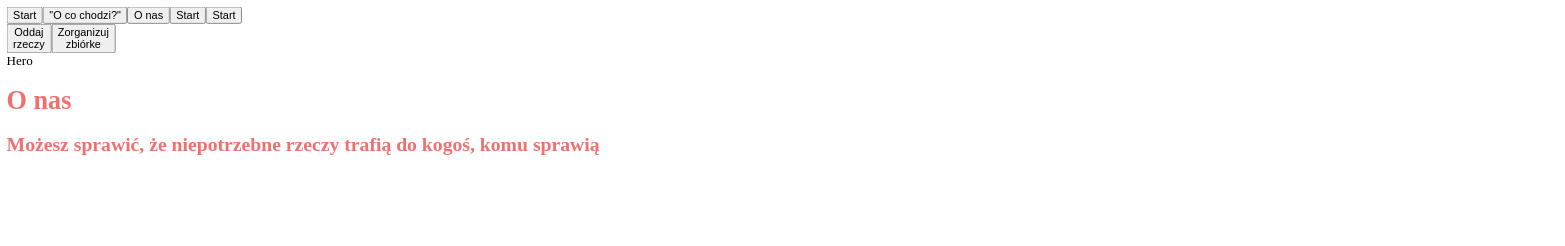
Repository: czaczula/projektstart
Page: /
These files come from the project's save history. The page is drawn as it stood at one moment and after the next save; the edit follows.
The browser window is 1280 px wide. The page is 1908 px wide, so the pictures cover 1908 px, including what lies to the right of the window. The pictures show the whole page, at 82% of full size.
The project was rebuilt for these pictures with package versions that can differ from the ones it lists, and the page was loaded fresh each time. Also part of the build but not shown: src/components/ThreeColumns/_ThreeColumns.scss, src/components/Nav/_Nav.scss, src/components/Register/Register.js, src/components/LogIn/LogIn.js, src/components/Register/LogOut.js.

Above is the page before, as saved 2021-03-22 18:34:21.

After the next save:
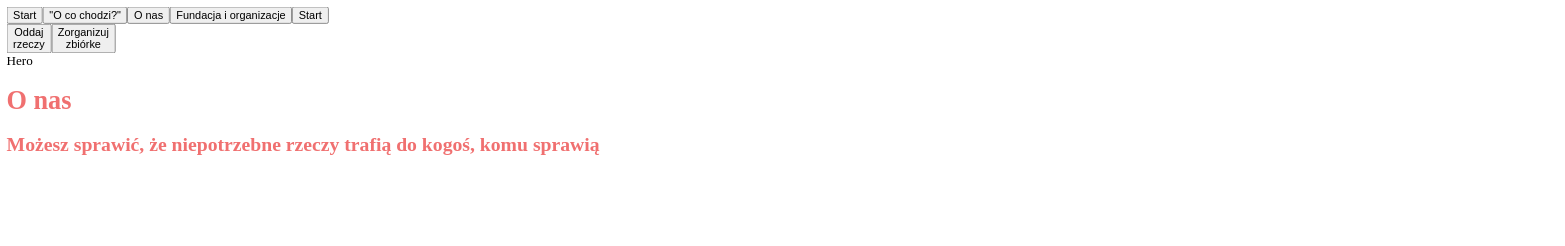
Saved 47 s later.
--- a/src/components/Nav/NavButtons.js
+++ b/src/components/Nav/NavButtons.js
@@ -6,7 +6,7 @@ const NavButtons = () => (
     <button className='NavButton1'>Start</button>
     <button className='NavButton2'>"O co chodzi?"</button>
     <button className='NavButton1'>O nas</button>
-    <button className='NavButton1'>Start</button>
+    <button className='NavButton1'>Fundacja i organizacje</button>
     <button className='NavButton1'>Start</button>
     </>
 )
